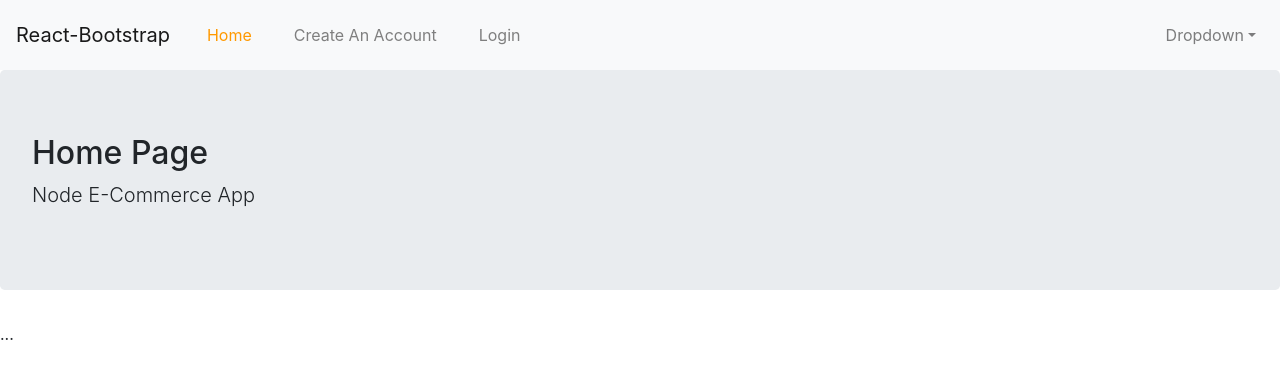
Repository: Awhit-commits/ecommerce_app_medium
Page: / (app in client/)
These files come from the project's save history. The page is drawn as it stood at one moment and after a run of saves; the edit follows.
The browser window is 1280 px wide. The pictures show the whole page.
The project was rebuilt for these pictures with package versions that can differ from the ones it lists, and the page was loaded fresh each time. Also part of the build but not shown: client/src/component/Auth/Login/LoginForm.jsx, client/src/component/Auth/Sign Up/SignUpForm.jsx, client/src/component/Dashboard/UserDashboard.jsx, client/src/component/Auth/Private Route/PrivateRoute.jsx.

Above is the page before, as saved 2020-12-01 22:03:57.

### client/src/App.js
import React from 'react';
import logo from './logo.svg';
import './App.css';

import 'bootstrap/dist/css/bootstrap.min.css';
import AppContainer from './component/AppContainer';


function App() {
  return (
    <div className="">
     <AppContainer/>
    </div>
  );
}


export default App;

### client/src/App.css
.App {
  text-align: center;
}

.App-logo {
  height: 40vmin;
  pointer-events: none;
}

@media (prefers-reduced-motion: no-preference) {
  .App-logo {
    animation: App-logo-spin infinite 20s linear;
  }
}

.App-header {
  background-color: #282c34;
  min-height: 100vh;
  display: flex;
  flex-direction: column;
  align-items: center;
  justify-content: center;
  font-size: calc(10px + 2vmin);
  color: white;
}

.App-link {
  color: #61dafb;
}

@keyframes App-logo-spin {
  from {
    transform: rotate(0deg);
  }
  to {
    transform: rotate(360deg);
  }
}
#basic-nav-dropdown{
  margin-left: auto;
  margin-right: 0;
  color:

}

### client/src/component/AppContainer.jsx
import React from 'react'
import { BrowserRouter as Router,Switch,Route } from 'react-router-dom'
// import Login from './Auth/Login/Login'
import LoginForm from './Auth/Login/LoginForm'
// import Signup from './Auth/Sign Up/Signup'
import SignUpForm from './Auth/Sign Up/SignUpForm'
import Home from './Core/Home'
import NavBar from './NavBar/NavBar'
import UserDashboard from './Dashboard/UserDashboard'
import PrivateRoute from './Auth/Private Route/PrivateRoute'


export default function AppContainer() {

    return (
        <div>

            <Router>
                <NavBar/>
                <Switch>

            <Route path = "/" exact component = {Home}></Route>
            <Route path = "/signup"><SignUpForm/></Route>
            <Route path = "/login"><LoginForm/></Route>
            <PrivateRoute path="/dashboard"  exact component = {UserDashboard}/>
            </Switch>



    </Router>

        </div>
    )
}

### client/src/component/Core/Home.jsx
import React from 'react'
import Layout from './Layout'

const Home= () =>(

    <Layout title = "Home Page" description = "Node E-Commerce App">... </Layout>
)
export default Home

### client/src/component/NavBar/NavBar.jsx
import React, { Fragment } from "react";
import { Link, withRouter } from "react-router-dom";
import Navbar from "react-bootstrap/Navbar";
import Nav from "react-bootstrap/Nav";
import NavDropdown from "react-bootstrap/NavDropdown";
import Signup from "../Auth/Sign Up/Signup";
import Login from "../Auth/Login/Login";
import Button from "react-bootstrap/esm/Button";

import { signOut, isAuthenicated } from "../Auth/index";
import UserDashboard from "../Dashboard/UserDashboard";

const isActive = (history, path) => {
  if (history.location.pathname === path) {
    return { color: "#ff9900" };
  } else {
    return { color: "#7F7F7F" };
  }
};
const {user} = isAuthenicated();

const Menu = ({ history }) => (
  //   <Navbar bg="light" expand="lg">
  // <Navbar.Brand href="/">React-Bootstrap</Navbar.Brand>
  // <Navbar.Toggle aria-controls="basic-navbar-nav" />
  // <Navbar.Collapse id="basic-navbar-nav">
  //   <Nav className="mr-auto">
  //     <Nav.Link href="/"><Button style = {isActive(history,"/")} variant = "">Home</Button></Nav.Link>
  //     {!isAuthenicated() && <Fragment> <Nav.Item><Nav.Link href="#" ><Button  style = {isActive(history,"/signup")} variant = ""><Signup /></Button></Nav.Link></Nav.Item>
  //    <Nav.Item> <Nav.Link href="#"><Button  style = {isActive(history,"/login")} variant = ""><Login /></Button></Nav.Link></Nav.Item>
  //    </Fragment>}

  //     {isAuthenicated() && (<Fragment><Nav.Item> <Nav.Link href="#" ><Button style = {isActive(history,"/signout")} variant ="" onClick = {()=>signOut(()=>{history.push("/")})}>Signout</Button></Nav.Link></Nav.Item>
  //     <Nav.Item><Nav.Link href = "/dashboard"><Button style = {isActive(history,"/dashboard")} variant ="">Dashboard</Button></Nav.Link></Nav.Item></Fragment>
  //     )}

  //   </Nav>
  //   </Navbar.Collapse>
  //   </Navbar>

  <Navbar bg="light" expand="lg">
    <Navbar.Brand href="#home">React-Bootstrap</Navbar.Brand>
    <Navbar.Toggle aria-controls="basic-navbar-nav" />
    <Navbar.Collapse id="basic-navbar-nav">
      <Nav className="mr-auto">
        <Nav.Link href="/">
          <Button style={isActive(history, "/")} variant="">
            Home
          </Button>
        </Nav.Link>
        {!isAuthenicated() && (
          <Fragment>
            {" "}
            <Nav.Item>
              <Nav.Link href="#">
                <Button style={isActive(history, "/signup")} variant="">
                  <Signup />
                </Button>
              </Nav.Link>
            </Nav.Item>
            <Nav.Item>
              {" "}
              <Nav.Link href="#">
                <Button style={isActive(history, "/login")} variant="">
                  <Login />
                </Button>
              </Nav.Link>
            </Nav.Item>
          </Fragment>
        )}

        {isAuthenicated() && (
          <Fragment>
            <Nav.Item>
              {" "}
              <Nav.Link href="#">
                <Button
                  style={isActive(history, "/signout")}
                  variant=""
                  onClick={() =>
                    signOut(() => {
                      history.push("/");
                    })
                  }
                >
                  Signout
                </Button>
              </Nav.Link>
            </Nav.Item>
            <Nav.Item>
              <Nav.Link href="/dashboard">
                <Button style={isActive(history, "/dashboard")} variant="">
                  Dashboard
                </Button>
              </Nav.Link>
            </Nav.Item>
          </Fragment>
        )}
      </Nav>
      <Nav className ="ml-auto">
        <NavDropdown title="Dropdown" id="basic-nav-dropdown">
          <NavDropdown.Item href="#action/3.1">Action</NavDropdown.Item>
          <NavDropdown.Item href="#action/3.2">Another action</NavDropdown.Item>
          <NavDropdown.Item href="#action/3.3">Something</NavDropdown.Item>
          <NavDropdown.Divider />
          <NavDropdown.Item href="#action/3.4">Separated link</NavDropdown.Item>
        </NavDropdown>
      </Nav>
    </Navbar.Collapse>
  </Navbar>
);
export default withRouter(Menu);

### client/src/component/Core/Layout.jsx
import React from 'react'
import Jumbotron from 'react-bootstrap/Jumbotron'

const Layout  = ({title = "Title",
description = "Description",
className,children} )=>(
    <div>
        <Jumbotron>
            <h2>{title}</h2>
            <p className = "lead"> {description}</p>
        </Jumbotron>
        <div className = {className}> {children}</div>
    </div>

)

export default Layout

### client/src/component/Auth/index.js


 export const authenticate = (data,next)=>
 {
     if(typeof window !=='undefined'){
         localStorage.setItem('jwt',JSON.stringify(data))
         next()
     }
 }

 export const signOut = async (next)=>{
     if(typeof window !== 'undefined'){
         localStorage.removeItem('jwt')
         next()
         let response = await fetch('/api/signout')
         let json = await response.json()
         console.log(json)

     }
 }

 export const isAuthenicated = ()=>{
     if (typeof window =='undefined'){
         return false
     }
     if (localStorage.getItem('jwt')){
         return JSON.parse(localStorage.getItem('jwt'))
     }
     else{
         return false
     }
 }

### client/src/component/Auth/Sign Up/Signup.jsx
import React, { useState } from "react";
import { Link } from "react-router-dom";

import Button from "react-bootstrap/Button";
import Modal from "react-bootstrap/Modal";
import Form from "react-bootstrap/Form";
import Alert from "react-bootstrap/Alert";
import Login from "../Login/Login";

function Signup() {
  const [show, setShow] = useState(false);
  // const [name, setName] = useState("");
  // const [email, setEmail] = useState("");
  // const [password, setPassword] = useState("");
  const [values, setValues] = useState({
    name: "",
    email: "",
    password: "",
    error: "",
    success: false,
  });
  const { name, email, password, success, error } = values;

  const handleClose = () => setShow(false);
  const handleShow = () => setShow(true);

  const handleChange = (name) => (event) => {
    setValues({ ...values, error: false, [name]: event.target.value });
  };
  const handleSubmission = async (event) => {
    event.preventDefault();
    let accountInfo = {
      name,
      email,
      password,
    };
    let response = await fetch("/api/signup", {
      method: "Post",
      headers: {
        Accept: "application/json",
        "Content-Type": "application/json",
      },
      body: JSON.stringify(accountInfo),
    });
    let json = await response.json();
    if (json.error) {
      console.log(json.error);
      setValues({ ...values, error: json.error, success: false });
    } else {
      setValues({
        ...values,
        name: "",
        email: "",
        passowrd: "",
        error: "",
        success: true,
      });
    }
  };
  const showError = () => (
    <Alert variant="danger" style={{ display: error ? "" : "none" }}>
      <p>{error}</p>
    </Alert>
  );
  const showSuccess = () => (
    <Alert variant="info" style={{ display: success ? "" : "none" }}>
      <p>
        New account was created. Please{" "}
        <Link>
          <Login />
        </Link>
        .
      </p>
    </Alert>
  );

  return (
    <>
      <span onClick={handleShow}>Create An Account</span>

      <Modal show={show} onHide={handleClose}>
        <Modal.Header closeButton>
          <Modal.Title>Create An Account</Modal.Title>
        </Modal.Header>
        <Modal.Body>
          {showError()}
          {showSuccess()}
          <Form>
            <Form.Group>
              <Form.Label>Name</Form.Label>
              <Form.Control
                type="text"
                placeholder="Your Name"
                onChange={handleChange("name")}
                value={name}
              />
            </Form.Group>
            <Form.Group controlId="formBasicEmail">
              <Form.Label>Email Address</Form.Label>
              <Form.Control
                type="email"
                placeholder="Email"
                onChange={handleChange("email")}
                value={email}
              />
            </Form.Group>
            <Form.Group controlId="formBasicPassword">
              <Form.Label>Password</Form.Label>
              <Form.Control
                type="password"
                placeholder="Password"
                onChange={handleChange("password")}
                value={password}
              />
              <Form.Text id="passwordHelpBlock" muted>
                Your password must be 6-32 characters long, contain letters and
                numbers, and must not contain spaces, special characters, or
                emoji.
              </Form.Text>
              <Form.Text className="" style={{ textAlign: "center" }}>
                Already have an account?{" "}
                <Link to="/login" onClick={handleClose}>
                  Click Here!
                </Link>
              </Form.Text>
            </Form.Group>
          </Form>
        </Modal.Body>
        <Modal.Footer>
          <Button variant="secondary" onClick={handleClose}>
            Close
          </Button>
          <Button variant="primary" onClick={(handleClose, handleSubmission)}>
            Submit
          </Button>
        </Modal.Footer>
      </Modal>
    </>
  );
}
export default Signup;

### client/src/component/Auth/Login/Login.jsx
import React, { useState } from "react";
import Button from "react-bootstrap/Button";
import Modal from "react-bootstrap/Modal";
import Form from "react-bootstrap/Form"
import Alert from "react-bootstrap/Alert"
import { Link,Redirect } from 'react-router-dom'
import{authenticate as authenticate,isAuthenicated} from '../index'

function Login() {
  const [show, setShow] = useState(false);
  const [values, setValues] = useState({email:"",password:"",error:"",loading:false,redirectToReferrer:false})

  const handleClose = () => setShow(false);
  const handleShow = () => setShow(true);
  const {email,password,error,loading,redirectToReferrer} = values

  const handleChange = (name) => (event) => {
    setValues({ ...values, error: false, [name]: event.target.value });
  };

  const {user} = isAuthenicated();

  const handleLogin = async (event)=>{
     let loginInfo = {
          email:email,
          password:password
      }
      event.preventDefault();
       let response =  await fetch("/api/login",{
           method:"Post",
           headers:{
               "Accept":"application/json",
               "Content-Type":"application/json"
           },
           body:JSON.stringify(loginInfo)
       })
      let json = await response.json();
      console.log(json);
      setValues({...values,error:false,loading:true})
      if(json.error){
        setValues({...values,error:json.error,loading:false,redirectToReferrer:false})
    }
    else{
      authenticate(json,()=>{
        setValues ({...values,redirectToReferrer:true})
      })

        handleClose()
    }
  }
  const showError = () => (
    <Alert variant="danger" style={{ display: error ? "" : "none" }}>
      <p>{error}</p>
    </Alert>
  );
const showLoading  = ()=>(
  loading && (<Alert variant ="info"><h2>Loading...</h2></Alert>)
)

const redirectUser = ()=>{
  if(redirectToReferrer){
    if(user && user.role ===1){
      return (<Redirect to = "/admin/dashboard"/>)
    }
    else{
      return ( <Redirect to = "/dashboard"/>)
    }


  }
}
  return (
    <>
       <span onClick={handleShow}>
        Login</span>


      <Modal show={show} onHide={handleClose}>
        <Modal.Header closeButton>
          <Modal.Title>Login</Modal.Title>
        </Modal.Header>
        <Modal.Body>

            <Form>
            {redirectUser()}
          {showLoading()}
              {showError()}
                <Form.Group controlId = "formBasicEmail" >
                    <Form.Label>
                        Email Address
                    </Form.Label>
                    <Form.Control  onChange =  {handleChange('email')} value = {email} type = "email" placeholder = "Enter email"/>




                </Form.Group>
            <Form.Group controlId= "formBasicPassword" >
                    <Form.Label>
                        Password
                    </Form.Label>
                    <Form.Control type = "password" placeholder = "Password" onChange = {handleChange('password')} value = {password}/>
                    <Form.Text className="" style={{ textAlign: "center" }}>
                Need to create an account?{" "}
                <Link to="/signup" onClick={handleClose}>
                  Click Here!
                </Link>
              </Form.Text>
                </Form.Group>
            </Form>
        </Modal.Body>
        <Modal.Footer>
          <Button variant="secondary" onClick={handleClose}>
            Close
          </Button>
          <Button variant="primary" onClick={handleLogin}>
            Submit
          </Button>
        </Modal.Footer>
      </Modal>
    </>
  );
}
export default Login;

Loaded but not shown: client/public/index.html (common file); client/src/index.js (common file); client/src/index.css (common file); client/src/serviceWorker.js (common file)

After the next 2 saves:
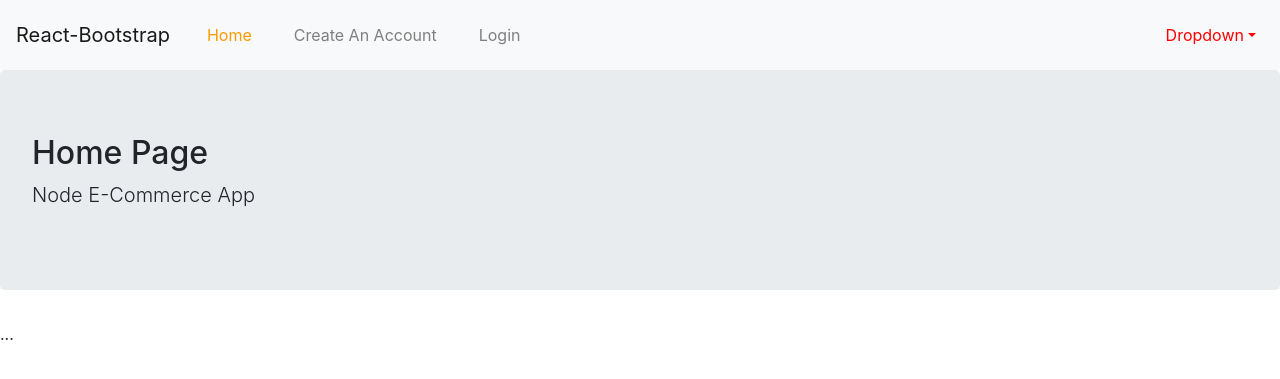
The 2 saves are shown as one change because they came seconds apart.
The last was saved 5 s later.
--- a/client/src/App.css
+++ b/client/src/App.css
@@ -39,6 +39,6 @@
 #basic-nav-dropdown{
   margin-left: auto;
   margin-right: 0;
-  color:
+  color:red;
 
 }
